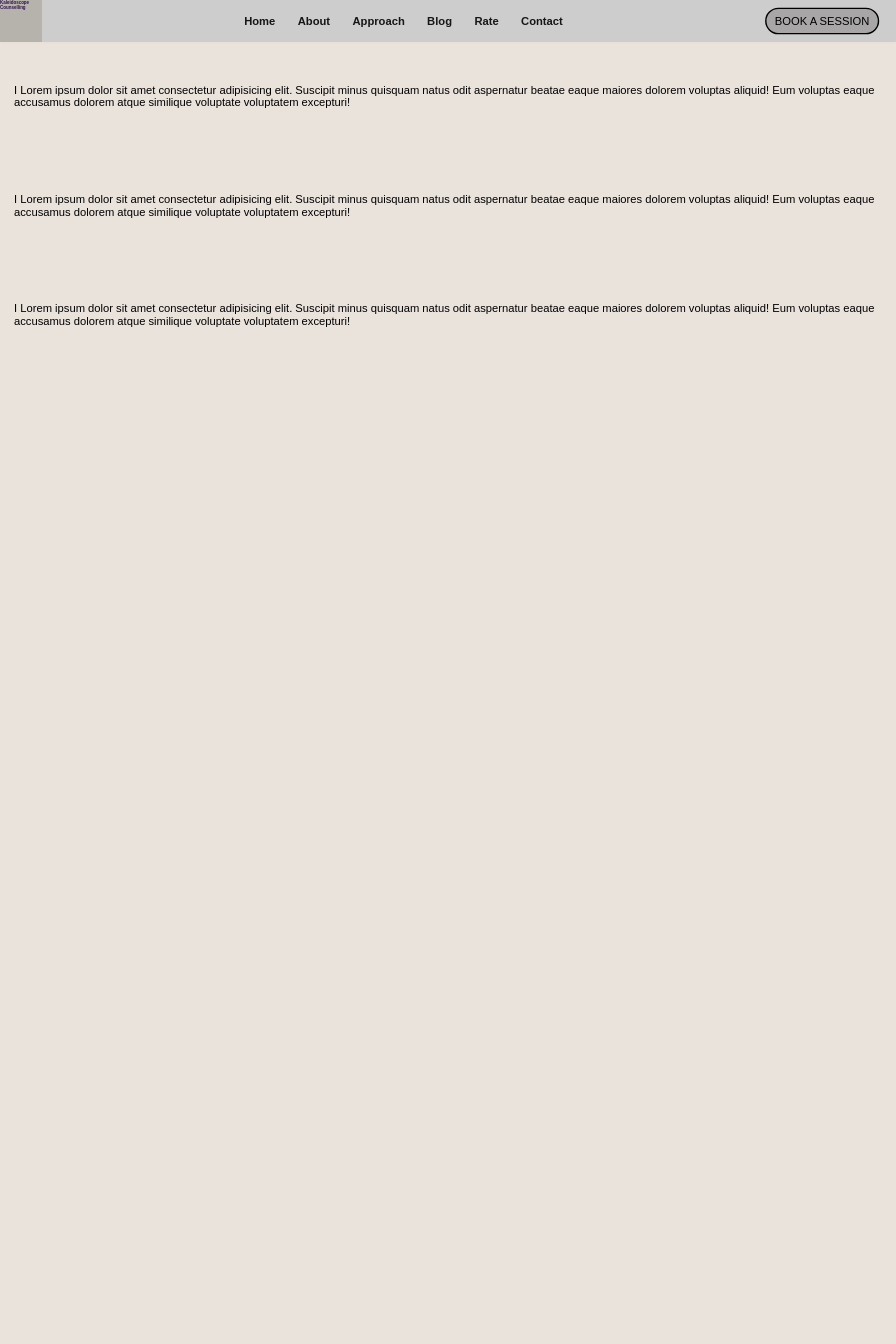
Repository: voutadi/Project1
Page: index.html
An editor plug-in stored every save of this project. The page is shown before and after a run of saves, followed by the edit.
The browser window is 1280 px wide. The pictures show the part of the page from y = 0 to 1920 px (the page is 3120 px tall), at 70% of full size.

Above is the page before, as saved 2024-07-08 22:34:38.

After the next 2 saves:
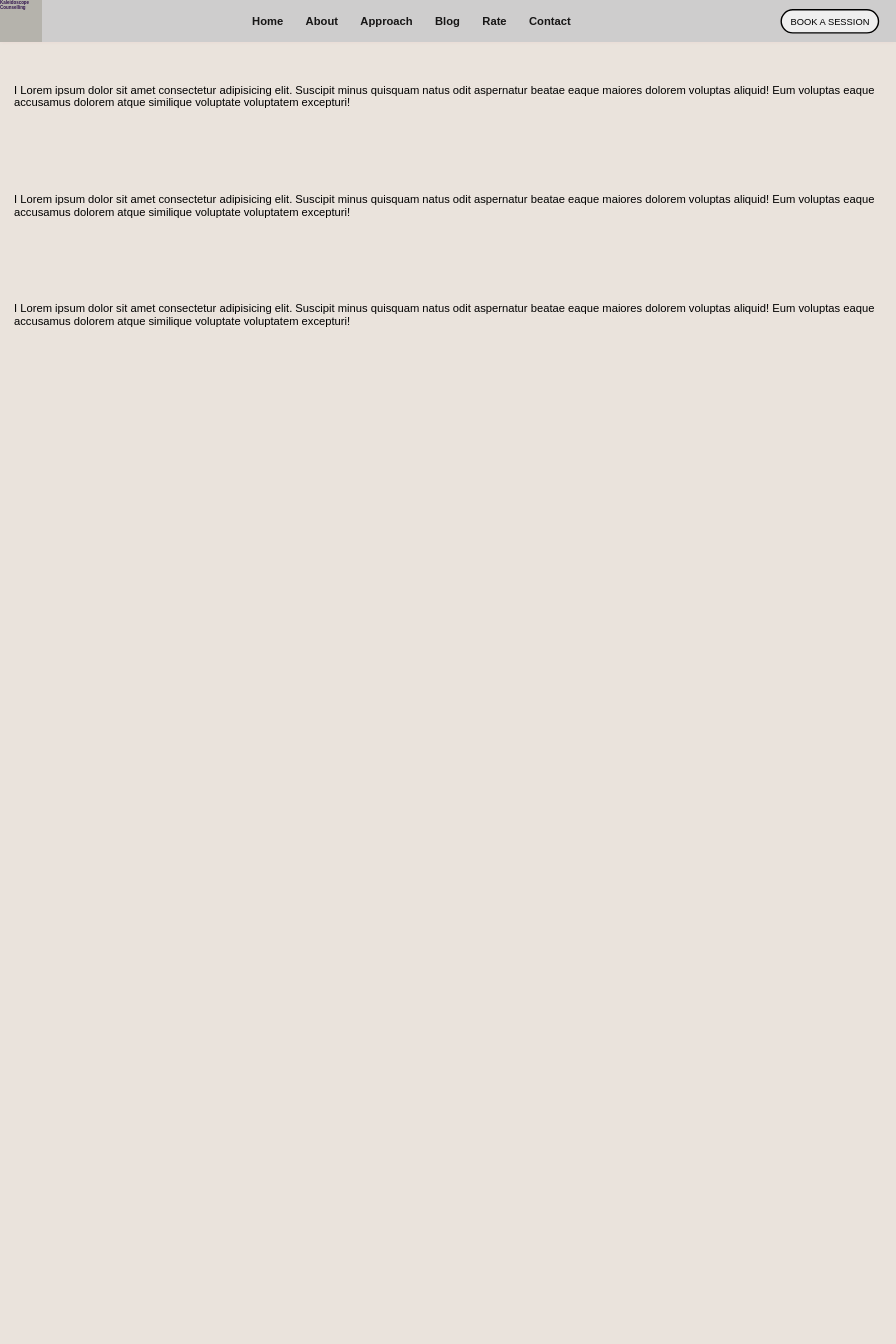
The 2 saves are shown as one change because they came seconds apart.
The last was saved 42 s later.
--- a/styles/style.css
+++ b/styles/style.css
@@ -67,7 +67,7 @@ header {
 }
 
 button {
-  background-color: rgb(168, 166, 166);
+  background-color: black
 
   font-size: 1rem;
   padding: 8px 12px;
